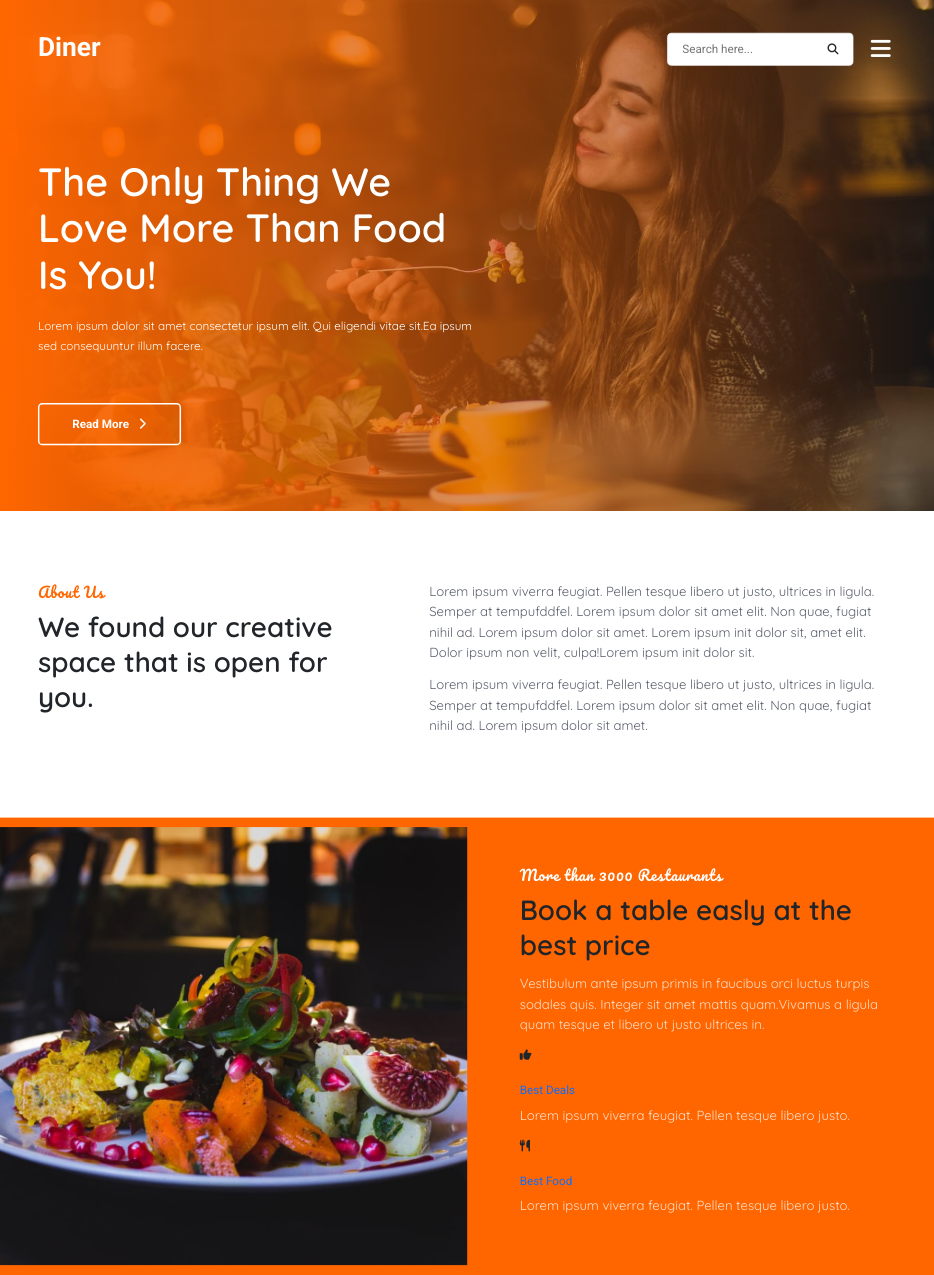
Repository: minhtrivu6199/Diner
Page: index.html
These files come from the project's save history. The page is drawn as it stood at one moment and after the next save; the edit follows.
The browser window is 1280 px wide. The pictures show the whole page, at 73% of full size.
Backgrounds fixed to the window are drawn as part of the page. The style sheet was rebuilt from its Sass, Less or Tailwind sources for each picture, by a compiler version that may differ from the author's.

Above is the page before, as saved 2022-10-10 16:01:37.

After the next save:
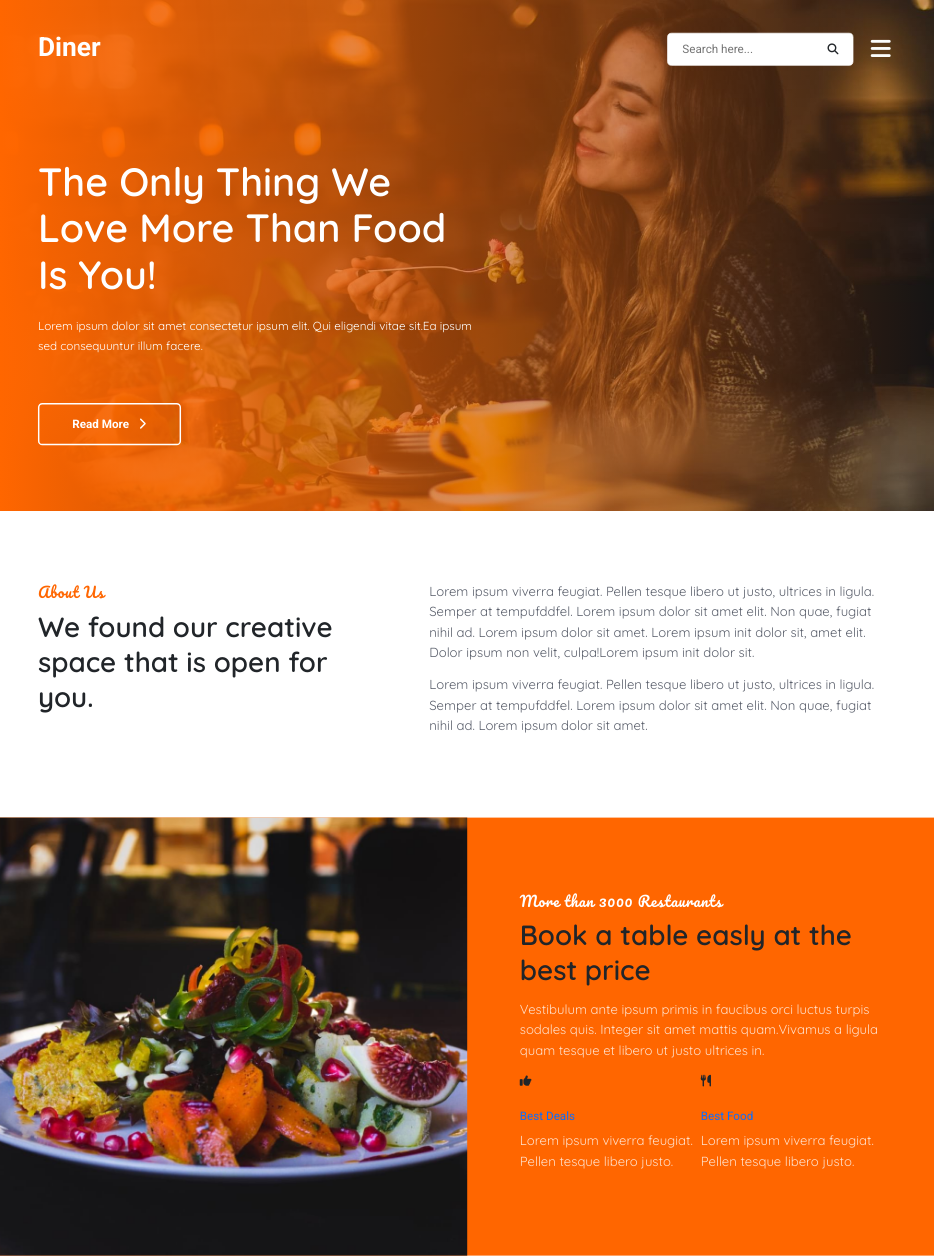
Saved 55 s later.
--- a/scss/style.scss
+++ b/scss/style.scss
@@ -138,5 +138,9 @@
                 color: #ffdfc9;
             }
         }
+
+        .agent-interactive {
+            display: flex;
+        }
     }
 }
